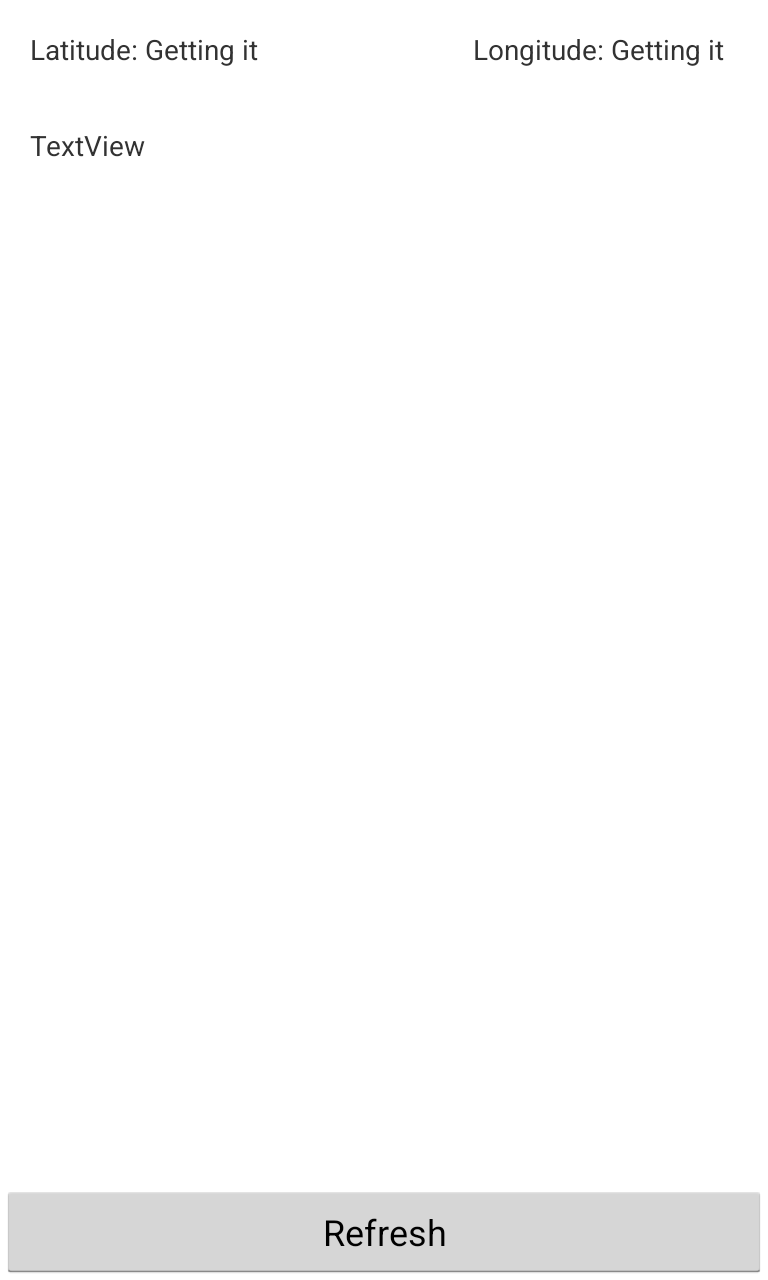
Repository: isitso/android_class
Layout: LocationGooglePlay/res/layout/main.xml
These files come from the project's save history. The layout is drawn as it stood at one moment and after the next save; the edit follows.
It is drawn on a 768 x 1280 px phone screen (xhdpi) without system bars, with theme AppTheme; the app's code is not run.

Above is the layout before, as saved 2014-04-28 01:49:47.

After the next save:
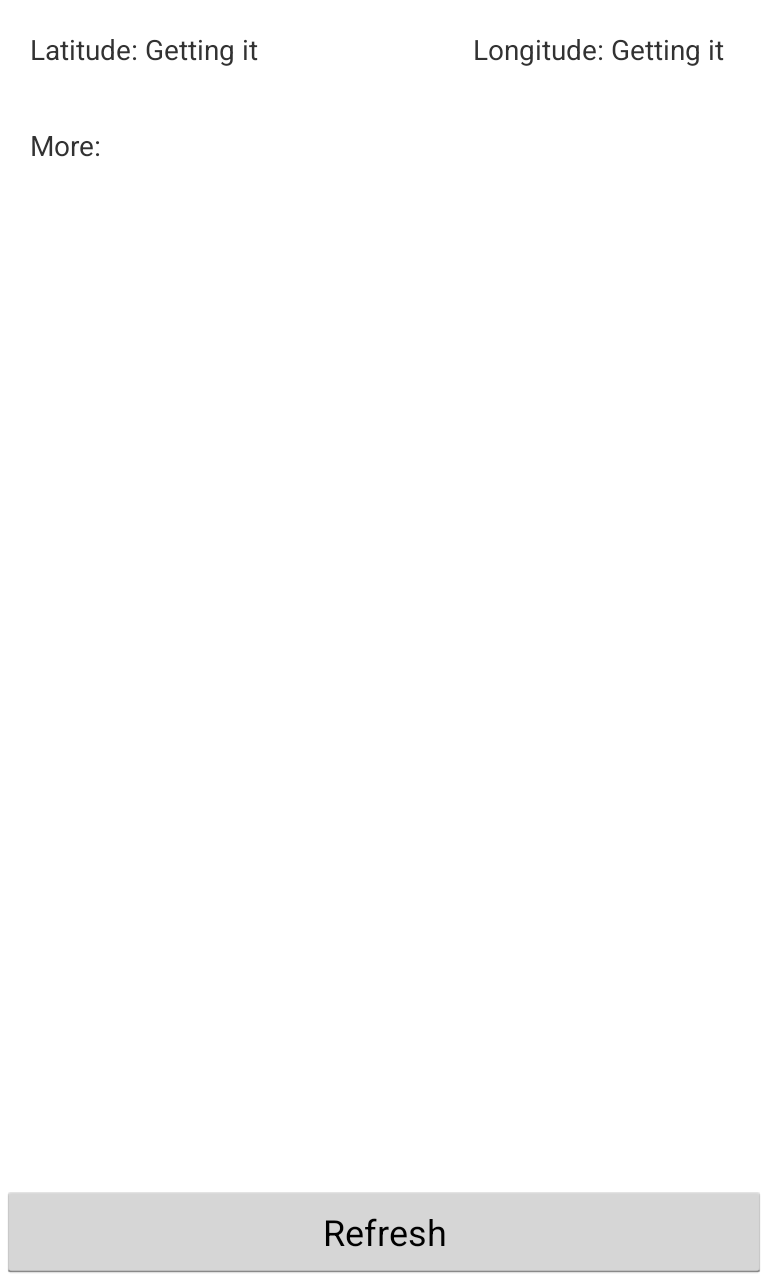
Saved 49 s later.
--- a/LocationGooglePlay/res/layout/main.xml
+++ b/LocationGooglePlay/res/layout/main.xml
@@ -34,12 +34,12 @@
         android:text="Longitude: Getting it" />
 
     <TextView
-        android:id="@+id/textView1"
+        android:id="@+id/info"
         android:layout_width="wrap_content"
         android:layout_height="wrap_content"
         android:layout_alignLeft="@+id/latitudeView"
         android:layout_below="@+id/latitudeView"
         android:layout_marginTop="29dp"
-        android:text="TextView" />
+        android:text="More: " />
 
 </RelativeLayout>
